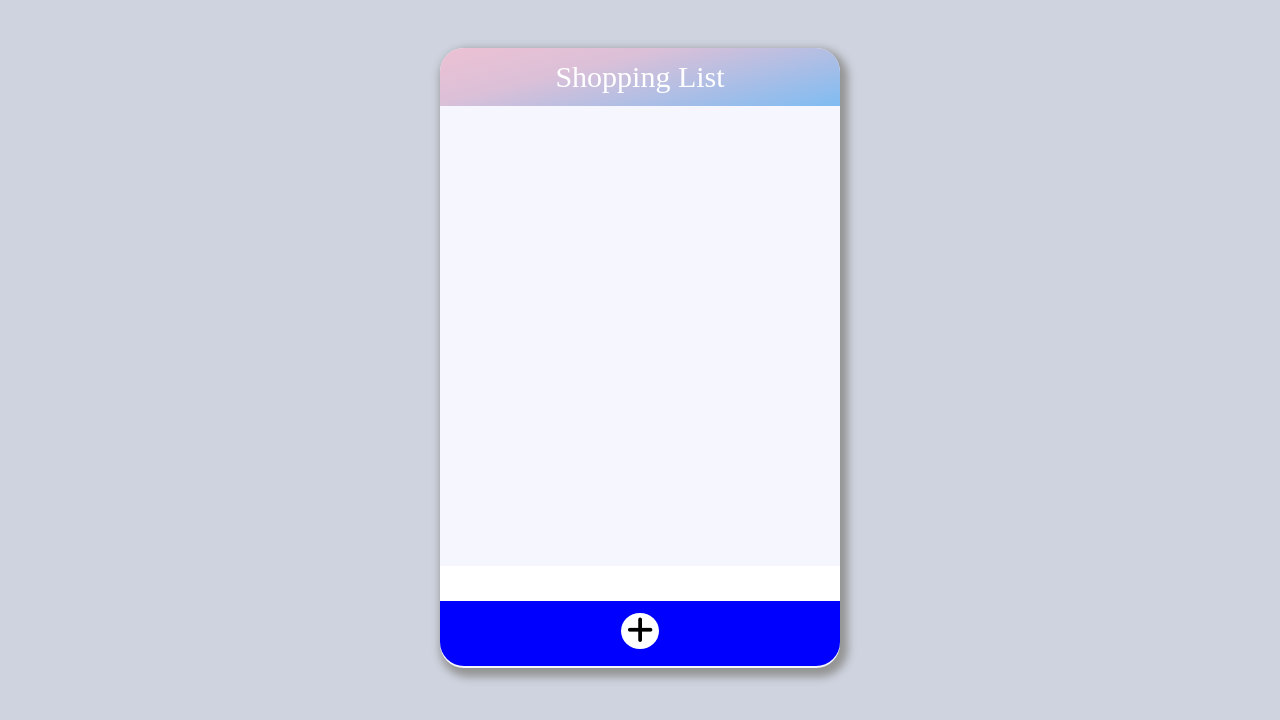
Repository: keehoonjung/Shopping-list
Page: index.html
The author's editor kept a copy of each file at every save. The page is drawn from the files as they stood at one save, then again after the next save.
The browser window is 1280 px wide. The pictures show the whole page.
Some web libraries are served in a nearby version.

Above is the page before, as saved 2021-08-09 14:34:12.

After the next save:
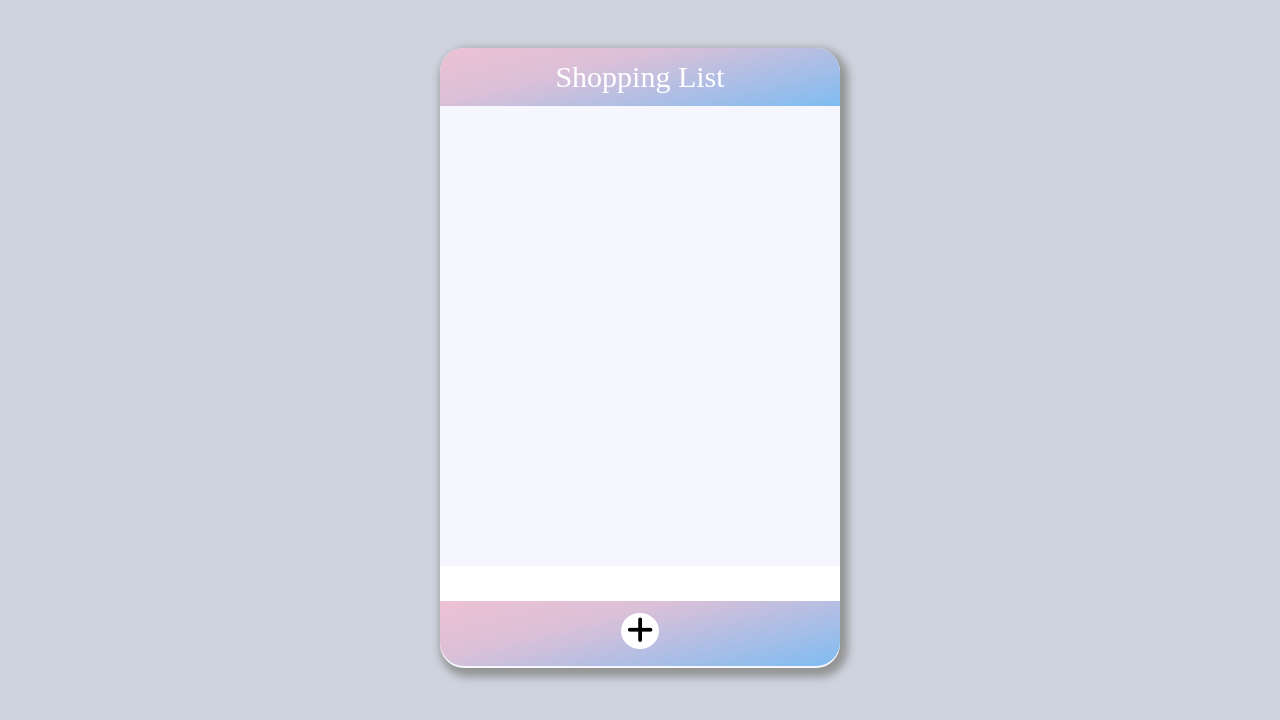
Saved 8 s later.
--- a/style.css
+++ b/style.css
@@ -79,7 +79,14 @@ button {
 }
 
 .footer {
-  background-color: blue;
+  background: rgba(237, 193, 211);
+
+  background: linear-gradient(
+    166deg,
+    rgba(237, 193, 211, 1) 0%,
+    rgba(219, 192, 216, 1) 35%,
+    rgba(127, 188, 242, 1) 100%
+  );
   height: 65px;
   border-bottom-left-radius: 24px;
   border-bottom-right-radius: 24px;
